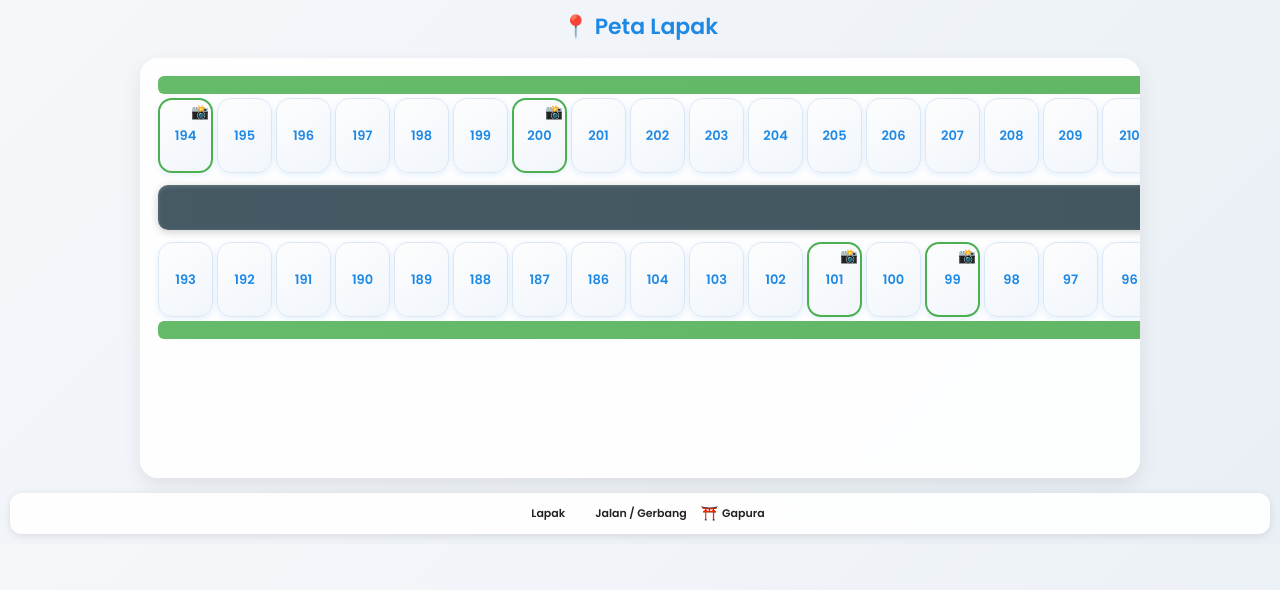
Repository: pasarrakyatbak/denah
Page: index.html
An editor plug-in stored every save of this project. The page is shown before and after the next save, followed by the edit.
The browser window is 1280 px wide. The pictures show the whole page.

Above is the page before, as saved 2025-09-20 11:02:19.

### index.html
<!DOCTYPE html>
<html lang="id">

<head>
    <meta charset="utf-8" />
    <meta name="viewport" content="width=device-width, initial-scale=1" />
    <title>Peta Lapak Modern</title>
    <link href="https://fonts.googleapis.com/css2?family=Poppins:wght@400;600&display=swap" rel="stylesheet">
    <link rel="stylesheet" href="style.css" />
</head>

<body>
    <h1>📍 Peta Lapak</h1>

    <!-- Tooltip -->
    <div class="tooltip" id="tooltip"></div>

    <!-- Grid Container -->
    <div class="scroll-container">
        <div class="h-inner">
            <!-- Rumput kiri -->
            <div class="rumput-wrapper">
                <div class="rumput"></div>
            </div>

            <!-- Lapak kanan (sekarang di atas jalan utama) -->
            <div class="row bottom" id="right-side"></div>
            <!-- Jalan utama -->
            <div class="road-wrapper">
                <div class="road">JALAN UTAMA</div>
            </div>

            <!-- Lapak kiri (sekarang di bawah jalan utama) -->
            <div class="row top" id="left-side"></div>

            <!-- Rumput kanan -->
            <div class="rumput-wrapper">
                <div class="rumput"></div>
            </div>
        </div>
    </div>
    <!-- Modal Foto -->
    <div id="photoModal" class="modal">
        <span class="modal-close" id="modalClose">&times;</span>
        <img class="modal-content" id="modalImg" />
        <div id="caption"></div>
    </div>

    <!-- Legend -->
    <div class="legend">
        <div>
            <div class="legend-color lapak-color"></div> Lapak
        </div>
        <div>
            <div class="legend-color jalan-color"></div> Jalan / Gerbang
        </div>
        <div>
            <div class="legend-icon">⛩️</div> Gapura
        </div>
    </div>
    </div>

    <script src="script.js"></script>
</body>

</html>

### style.css
/* Reset & Base */
* {
    margin: 0;
    padding: 0;
    box-sizing: border-box;
}

body {
    font-family: 'Poppins', sans-serif;
    background: linear-gradient(135deg, #f5f7fa, #e9eff5);
    color: #222;
    padding: 10px;
    text-align: center;
}

h1 {
    font-size: 22px;
    margin-bottom: 15px;
    color: #1e88e5;
    font-weight: 700;
}

/* Scroll container */
.scroll-container {
    width: 100%;
    max-width: 1000px;
    height: 420px;
    overflow: auto;
    background: rgba(255, 255, 255, 0.9);
    border-radius: 18px;
    padding: 18px;
    backdrop-filter: blur(8px);
    box-shadow: 0 8px 20px rgba(0, 0, 0, 0.08);
    margin: auto;
    transition: 0.3s ease;
}

.h-inner {
    display: flex;
    flex-direction: column;
    gap: 4px;
    min-width: max-content;
}

.row {
    display: flex;
    align-items: flex-start;
    flex-wrap: wrap;
    min-width: max-content;
    gap: 4px;
}

/* Lapak compact modern */
.lapak {
    width: 55px;
    height: 75px;
    border-radius: 14px;
    background: linear-gradient(145deg, #fdfdfd, #f1f6fc);
    border: 1px solid #dbe7f5;
    color: #1e88e5;
    font-weight: 600;
    display: flex;
    align-items: center;
    justify-content: center;
    cursor: pointer;
    font-size: 13px;
    transition: all 0.25s ease;
    box-shadow: 0 2px 6px rgba(30, 136, 229, 0.12);
}

.lapak:hover {
    background: linear-gradient(145deg, #1e88e5, #1565c0);
    color: #fff;
    transform: translateY(-5px) scale(1.07);
    box-shadow: 0 8px 18px rgba(30, 136, 229, 0.3);
}

/* Jalan utama */
.road {
    height: 45px;
    background: linear-gradient(90deg, #455a64, #37474f);
    color: #fff;
    display: flex;
    align-items: center;
    justify-content: center;
    border-radius: 10px;
    font-weight: 600;
    font-size: 13px;
    margin: 8px 0;
    letter-spacing: 0.5px;
    box-shadow: inset 0 1px 4px rgba(255, 255, 255, 0.2),
        0 2px 8px rgba(0, 0, 0, 0.2);
}

/* Jalan / Gerbang */
.jalan-gerbang {
    width: 100px;
    height: 35px;
    background: linear-gradient(145deg, #ff9800, #f57c00);
    color: #fff;
    display: flex;
    align-items: center;
    justify-content: center;
    border-radius: 10px;
    font-weight: 600;
    font-size: 12px;
    box-shadow: 0 4px 10px rgba(255, 152, 0, 0.35);
    transition: 0.25s ease;
}

.jalan-gerbang:hover {
    background: linear-gradient(145deg, #fb8c00, #ef6c00);
    transform: translateY(-3px) scale(1.05);
}

/* Gapura lintas jalan */
.gapura-container {
    width: 50px;
    height: 75px;
    display: flex;
    flex-direction: column;
    align-items: center;
    justify-content: center;
    gap: 2px;
}

.gapura-icon {
    font-size: 20px;
}

.gapura-arrow {
    font-size: 14px;
}

/* Rumput */
.rumput-wrapper {
    position: relative;
}

.rumput {
    height: 18px;
    width: 100%;
    background: linear-gradient(90deg, #66bb6a, #43a047);
    border-radius: 6px;
}

/* Legend */
.legend {
    margin-top: 15px;
    background: rgba(255, 255, 255, 0.9);
    padding: 10px 14px;
    border-radius: 12px;
    font-size: 11px;
    font-weight: 600;
    display: flex;
    gap: 14px;
    justify-content: center;
    flex-wrap: wrap;
    box-shadow: 0 2px 8px rgba(0, 0, 0, 0.1);
    backdrop-filter: blur(6px);
}

.legend div {
    display: flex;
    align-items: center;
    gap: 4px;
}

.legend-color {
    width: 12px;
    height: 12px;
    border-radius: 3px;
}

.legend-icon {
    font-size: 14px;
}

/* Modal */
.modal {
    display: none;
    position: fixed;
    z-index: 999;
    padding-top: 60px;
    left: 0;
    top: 0;
    width: 100%;
    height: 100%;
    overflow: auto;
    background-color: rgba(0, 0, 0, 0.8);
}

.modal-content {
    margin: auto;
    display: block;
    max-width: 90%;
    max-height: 80%;
    border-radius: 12px;
}

.modal-close {
    position: absolute;
    top: 20px;
    right: 35px;
    color: #fff;
    font-size: 40px;
    font-weight: bold;
    cursor: pointer;
    transition: 0.3s;
}

.modal-close:hover {
    color: #ff9800;
}

#caption {
    margin: 15px auto;
    text-align: center;
    color: #fff;
    font-size: 16px;
}

/* Tambahkan ini ke CSS */
.lapak.has-photo {
    border: 2px solid #4CAF50;
    /* hijau menandakan ada foto */
    position: relative;
}

.lapak.has-photo::after {
    content: "📸";
    /* ikon kamera */
    position: absolute;
    top: 2px;
    right: 2px;
    font-size: 0.9rem;
}

/* Top Menu Modern */
.top-menu {
    display: flex;
    justify-content: center;
    align-items: center;
    margin-bottom: 15px;
    backdrop-filter: blur(8px);
    background: rgba(255, 255, 255, 0.7);
    border-radius: 14px;
    padding: 8px 12px;
    box-shadow: 0 4px 15px rgba(0, 0, 0, 0.08);
    transition: all 0.3s ease;
}

.top-menu ul {
    display: flex;
    list-style: none;
    gap: 20px;
    padding: 0;
    margin: 0;
}

.top-menu .menu-item {
    font-weight: 600;
    font-size: 14px;
    color: #1e88e5;
    text-decoration: none;
    display: flex;
    align-items: center;
    gap: 6px;
    padding: 6px 10px;
    border-radius: 8px;
    transition: all 0.25s ease;
}

.top-menu .menu-item:hover {
    background: linear-gradient(135deg, #1e88e5, #1565c0);
    color: #fff;
    transform: translateY(-2px) scale(1.05);
    box-shadow: 0 6px 12px rgba(30, 136, 229, 0.25);
}

/* Icon Gapura sedikit lebih besar */
.top-menu .gapura span {
    font-size: 18px;
}

/* Responsive */
/* Responsif HP kecil */
@media (max-width: 480px) {
    .lapak {
        width: 42px;
        height: 60px;
        font-size: 10px;
    }
}

/* Responsif Tablet */
@media (min-width: 481px) and (max-width: 1024px) {
    .lapak {
        width: 50px;
        height: 70px;
        font-size: 12px;
    }
}

/* Desktop normal */
@media (min-width: 1025px) {
    .lapak {
        width: 55px;
        height: 75px;
        font-size: 13px;
    }
}

### script.js
// DATA NOMOR
const leftNumbers = [1, 2, 3, 4, 5, 6, 7, 8, 9, 10, 11, 15, 16, 17, 18, 19, 20, 21, 22, 23, 24, 25, 26, 27, 28, 29, 30, 31, 32, 33, 34, 35, 36, 37, 38, 39, 40, 41, 42, 43, 44, 45, 46, 47, 48, 49, 50, 51, 52, 53, 54, 55, 56, 57, 58, 59, 60, 61, 62, 63, 64, 65, 66, 67, 68, 69, 70, 71, 72, 73, 74, 75, 76, 77, 78, 79, 80, 81, 82, 83, 84, 85, 86, 87, 88, 89, 90, 91, 92, 93, 94, 95, 96, 97, 98, 99, 100, 101, 102, 103, 104, 186, 187, 188, 189, 190, 191, 192, 193];
const rightNumbers = [194, 195, 196, 197, 198, 199, 200, 201, 202, 203, 204, 205, 206, 207, 208, 209, 210, 211, 212, 213, 105, 106, 107, 108, 109, 110, 111, 112, 113, 114, 115, 116, 117, 118, 119, 120, 121, 122, 123, 124, 125, 126, 127, 128, 129, 130, 131, 132, 133, 134, 135, 136, 137, 138, 214, 215, 216, 139, 140, 141, 142, 143, 144, 145, 146, 147, 148, 149, 150, 151, 152, 153, 154, 155, 156, 157, 158, 159, 160, 161, 162, 163, 164, 165, 166, 167, 168, 169, 170, 171, 172, 173, 174, 175, 176, 177, 178, 179, 180, 181, 182, 183, 184, 185];

const rightSide = document.getElementById('right-side');
const leftSide = document.getElementById('left-side');

// Buat lapak
function makeLapak(num) {
    const d = document.createElement('div');
    d.className = 'lapak';
    d.textContent = num;
    return d;
}

rightNumbers.forEach(n => rightSide.appendChild(makeLapak(n)));
leftNumbers.slice().reverse().forEach(n => leftSide.appendChild(makeLapak(n)));

// Gerbang
function insertGerbangBetween(parent, a, b, label = 'Gerbang') {
    const children = Array.from(parent.children);
    const idxA = children.findIndex(c => c.textContent == String(a));
    const idxB = children.findIndex(c => c.textContent == String(b));
    if (idxA === -1 || idxB === -1) return;
    const insertAfterIndex = Math.min(idxA, idxB);
    const refNode = parent.children[insertAfterIndex + 1] || null;
    const g = document.createElement('div');
    g.className = 'jalan-gerbang';
    g.textContent = label;
    parent.insertBefore(g, refNode);
}
insertGerbangBetween(leftSide, 2, 3);
insertGerbangBetween(leftSide, 11, 15);

// Gapura lintas jalan
function insertGapura(leftParent, rightParent, a, b) {
    const idxL = Array.from(leftParent.children).findIndex(c => c.textContent == a);
    const idxR = Array.from(rightParent.children).findIndex(c => c.textContent == b);
    if (idxL === -1 || idxR === -1) return;

    const gapuraBottom = document.createElement('div');
    gapuraBottom.className = 'gapura-container';
    gapuraBottom.innerHTML = `<div class="gapura-icon">⛩️</div><div class="gapura-arrow">⬆️</div>`;
    leftParent.insertBefore(gapuraBottom, leftParent.children[idxL + 1]);

    const gapuraTop = document.createElement('div');
    gapuraTop.className = 'gapura-container';
    gapuraTop.innerHTML = `<div class="gapura-arrow">⬇️</div><div class="gapura-icon">⛩️</div>`;
    rightParent.insertBefore(gapuraTop, rightParent.children[idxR]);
}
insertGapura(leftSide, rightSide, 57, 146);

// Jalan
function insertJalan(parent, a, b, label = 'Jalan') {
    const idxA = Array.from(parent.children).findIndex(c => c.textContent == a);
    const idxB = Array.from(parent.children).findIndex(c => c.textContent == b);
    if (idxA === -1 || idxB === -1) return;
    const insertAfter = Math.min(idxA, idxB);
    const refNode = parent.children[insertAfter + 1] || null;
    const jalan = document.createElement('div');
    jalan.className = 'jalan-gerbang';
    jalan.textContent = label;
    parent.insertBefore(jalan, refNode);
}

// Contoh insert
insertJalan(rightSide, 156, 157);
insertJalan(rightSide, 216, 139);
insertJalan(rightSide, 163, 164);
insertJalan(rightSide, 180, 181);

const tooltip = document.getElementById('tooltip');

function showTooltip(e, text) {
    tooltip.textContent = text;
    tooltip.style.left = e.pageX + 10 + 'px';
    tooltip.style.top = e.pageY + 10 + 'px';
    tooltip.style.opacity = 1;
}

function hideTooltip() {
    tooltip.style.opacity = 0;
}

// Tambahkan tooltip untuk setiap elemen
document.querySelectorAll('.lapak').forEach(el => {
    el.addEventListener('mouseenter', e => showTooltip(e, 'Lapak #' + el.textContent));
    el.addEventListener('mousemove', e => showTooltip(e, 'Lapak #' + el.textContent));
    el.addEventListener('mouseleave', hideTooltip);
});

document.querySelectorAll('.jalan-gerbang').forEach(el => {
    el.addEventListener('mouseenter', e => showTooltip(e, 'Jalan / Gerbang: ' + el.textContent));
    el.addEventListener('mousemove', e => showTooltip(e, 'Jalan / Gerbang: ' + el.textContent));
    el.addEventListener('mouseleave', hideTooltip);
});
document.querySelectorAll('.gapura-container').forEach(el => {
    el.addEventListener('mouseenter', e => showTooltip(e, 'Gapura Lintas Jalan'));
    el.addEventListener('mousemove', e => showTooltip(e, 'Gapura Lintas Jalan'));
    el.addEventListener('mouseleave', hideTooltip);
});

// Mapping foto tiap lapak (contoh)
const lapakPhotos = {
    2: 'images/lapak2.jpg',
    3: 'images/lapak3.jpg',
    11: 'images/lapak11.jpg',
    29: 'images/lapak29.jpg',
    37: 'images/lapak37.jpg',
    51: 'images/lapak51.jpg',
    57: 'images/lapak57.jpg',
    61: 'images/lapak61.jpg',
    70: 'images/lapak70.jpg',
    83: 'images/lapak83.jpg',
    84: 'images/lapak84.jpg',
    86: 'images/lapak86.jpg',
    99: 'images/lapak99.jpg',
    101: 'images/lapak108.jpg',
    124: 'images/lapak124.jpg',
    137: 'images/lapak137.jpg',
    139: 'images/lapak139.jpg',
    140: 'images/lapak140.jpg',
    145: 'images/lapak145.jpg',
    151: 'images/lapak151.jpg',
    153: 'images/lapak153.jpg',
    157: 'images/lapak157.jpg',
    163: 'images/lapak163.jpg',
    168: 'images/lapak168.jpg',
    194: 'images/lapak194.jpg',
    200: 'images/lapak200.jpg',
    214: 'images/lapak214.jpg'
};


const modal = document.getElementById('photoModal');
const modalImg = document.getElementById('modalImg');
const caption = document.getElementById('caption');
const modalClose = document.getElementById('modalClose');

// Klik lapak
document.querySelectorAll('.lapak').forEach(el => {
    el.addEventListener('click', () => {
        const num = el.textContent;
        if (lapakPhotos[num]) {
            modal.style.display = 'block';
            modalImg.src = lapakPhotos[num];
            caption.textContent = 'Lapak #' + num;
        } else {
            alert('Foto belum tersedia untuk lapak #' + num);
        }
    });
});

// Tutup modal
modalClose.addEventListener('click', () => {
    modal.style.display = 'none';
});

// Tutup modal saat klik luar gambar
window.addEventListener('click', e => {
    if (e.target === modal) {
        modal.style.display = 'none';
    }
});
// Setelah membuat semua lapak, tandai yang ada fotonya
document.querySelectorAll('.lapak').forEach(el => {
    const num = el.textContent;
    if (lapakPhotos[num]) {
        el.classList.add('has-photo'); // tambahkan kelas
    }
});

After the next save:
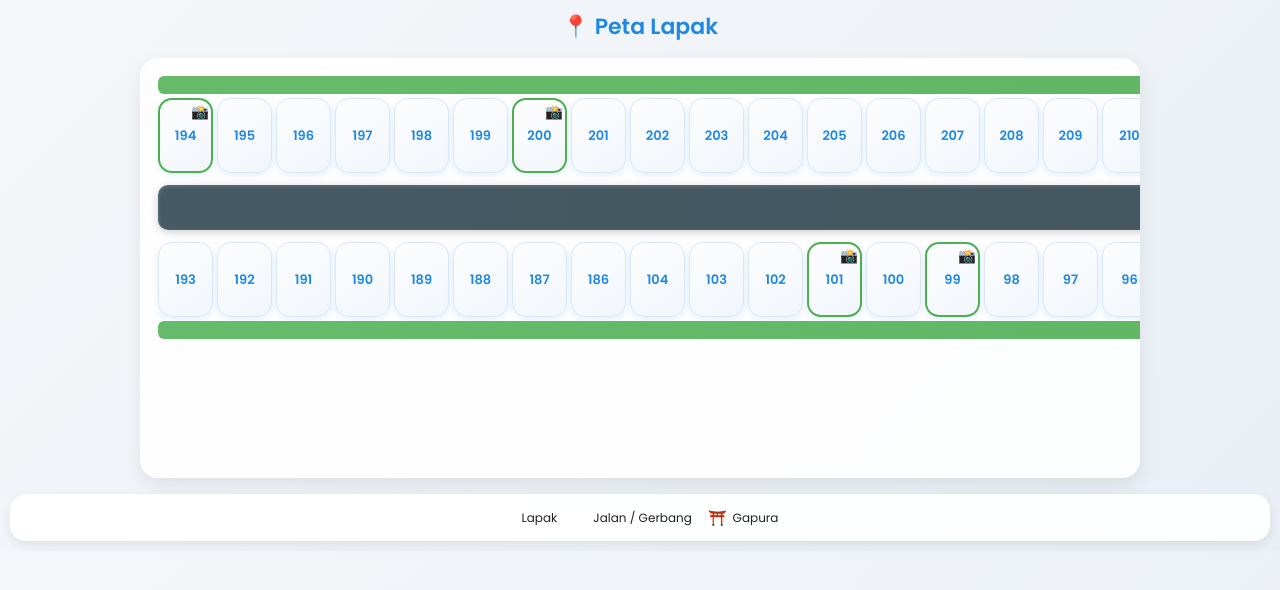
Saved 61 s later.
--- a/style.css
+++ b/style.css
@@ -144,36 +144,55 @@ h1 {
     border-radius: 6px;
 }
 
-/* Legend */
+/* Modern Legend */
 .legend {
-    margin-top: 15px;
-    background: rgba(255, 255, 255, 0.9);
-    padding: 10px 14px;
-    border-radius: 12px;
-    font-size: 11px;
-    font-weight: 600;
-    display: flex;
-    gap: 14px;
+    margin-top: 16px;
+    background: rgba(255, 255, 255, 0.95);
+    padding: 12px 16px;
+    border-radius: 16px;
+    /* lebih smooth */
+    font-size: 12px;
+    font-weight: 500;
+    /* lebih ringan */
+    display: flex;
+    gap: 16px;
     justify-content: center;
     flex-wrap: wrap;
-    box-shadow: 0 2px 8px rgba(0, 0, 0, 0.1);
-    backdrop-filter: blur(6px);
+    box-shadow: 0 4px 12px rgba(0, 0, 0, 0.08);
+    /* lebih lembut dan modern */
+    backdrop-filter: blur(8px);
+    transition: all 0.3s ease;
 }
 
 .legend div {
     display: flex;
     align-items: center;
-    gap: 4px;
+    gap: 6px;
+    /* lebih lega */
 }
 
 .legend-color {
-    width: 12px;
-    height: 12px;
-    border-radius: 3px;
+    width: 14px;
+    height: 14px;
+    border-radius: 4px;
+    transition: transform 0.2s ease;
+}
+
+.legend-color:hover {
+    transform: scale(1.2);
+    /* interaktif saat hover */
 }
 
 .legend-icon {
-    font-size: 14px;
+    font-size: 15px;
+    color: #555;
+    /* lebih netral */
+    transition: color 0.3s ease;
+}
+
+.legend-icon:hover {
+    color: #000;
+    /* highlight saat hover */
 }
 
 /* Modal */
